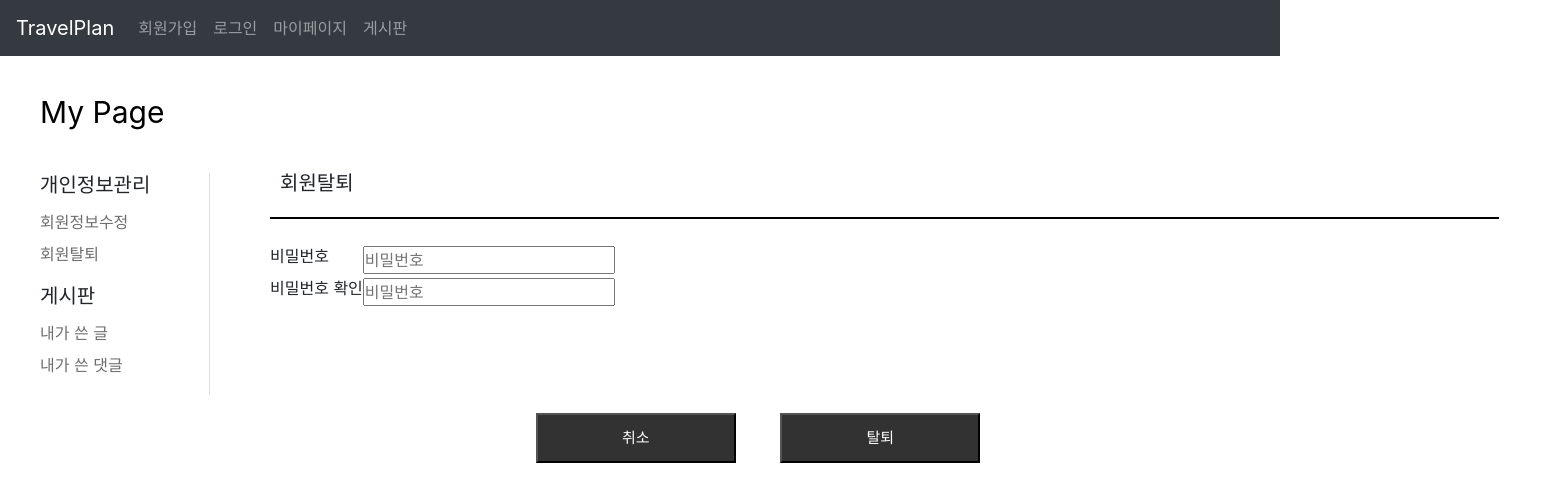
Repository: sna145815/Travel_v1
Page: http://localhost/Travel_v1/WEB-INF/view/deleteuser.jsp
These files come from the project's save history. The page is drawn as it stood at one moment and after the next save; the edit follows.
The browser window is 1280 px wide. The page is 1560 px wide, so the pictures cover 1560 px, including what lies to the right of the window. The pictures show the whole page.
The page is served by Tomcat 9. Nobody is signed in. The template is opened directly, without the code that normally fills it, so the values that code supplies are empty.

Above is the page before, as saved 2022-11-06 14:21:30.

After the next save:
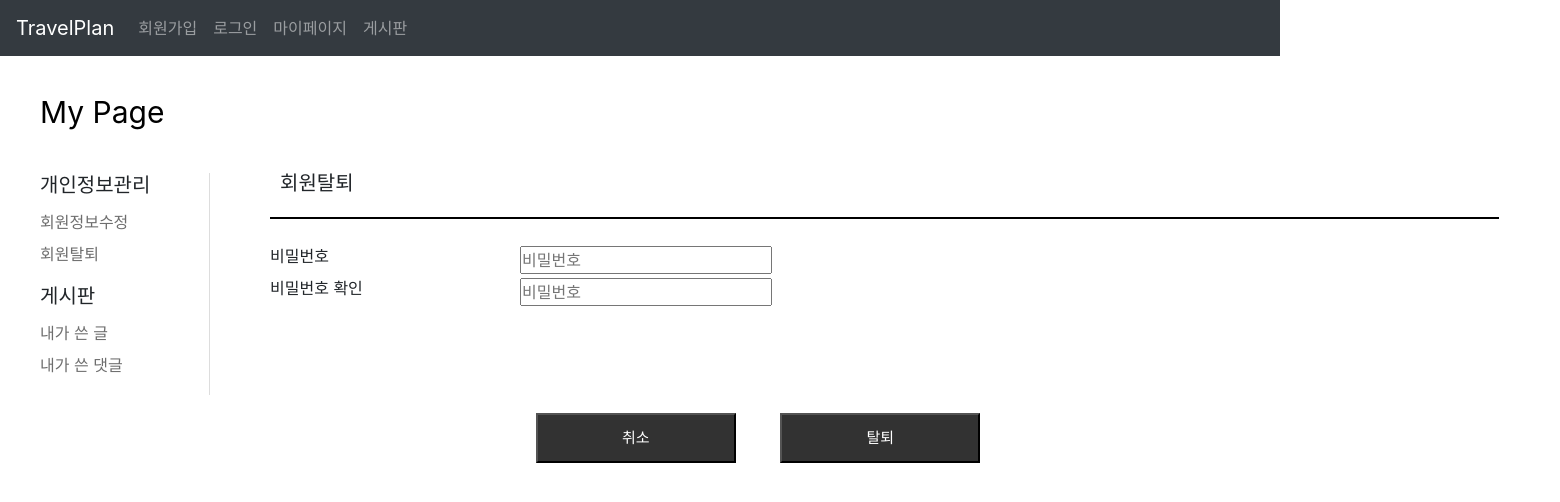
Saved 44 s later.
--- a/Travel_v1/src/main/webapp/WEB-INF/view/deleteuser.jsp
+++ b/Travel_v1/src/main/webapp/WEB-INF/view/deleteuser.jsp
@@ -136,7 +136,7 @@
 						<div class="password">
 							<table class="inputpwd">
 								<tr>
-									<td><label for="myPW">비밀번호</label></td>
+									<td width=250px><label for="myPW">비밀번호</label></td>
 									<td><input type="password" id="myPW" placeholder="비밀번호" size=20/></td>
 								</tr>
 								<tr>
